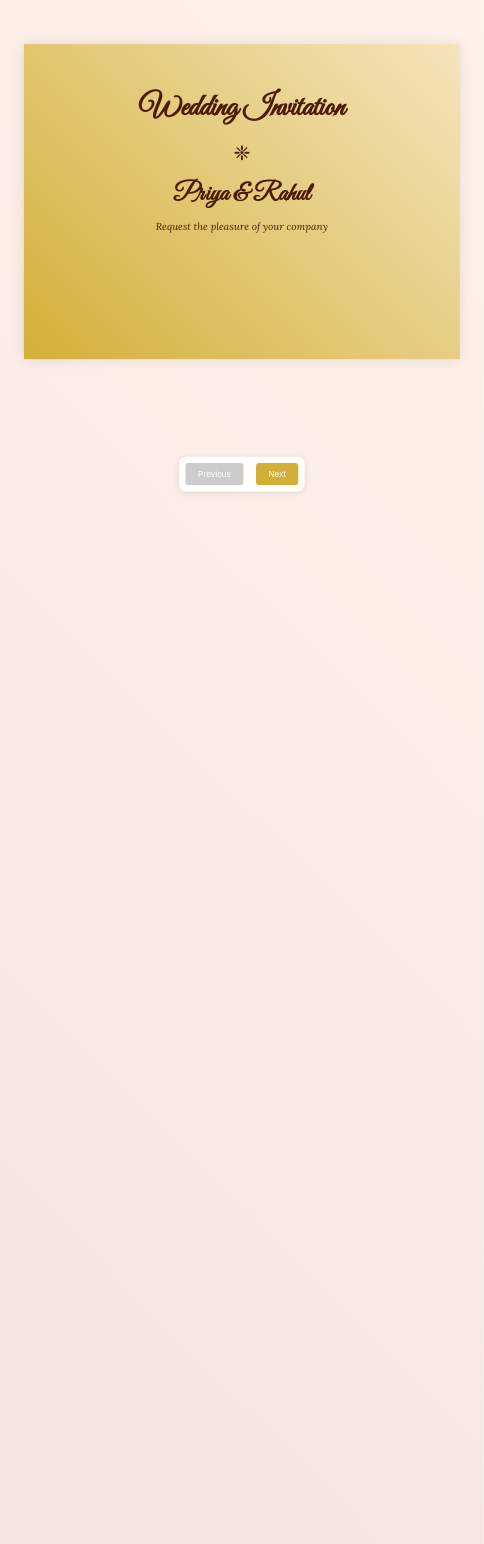
Repository: abhibkop27/finalwedding
Page: index.html
The author's editor kept a copy of each file at every save. The page is drawn from the files as they stood at one save, then again after the next save.
The browser window is 768 px wide. The pictures show the whole page, at 63% of full size.
Backgrounds fixed to the window are drawn as part of the page.

Above is the page before, as saved 2025-02-17 12:23:22.

### index.html
<!DOCTYPE html>
<html lang="en">
<head>
    <meta charset="UTF-8">
    <meta name="viewport" content="width=device-width, initial-scale=1.0">
    <title>Indian Wedding Invitation</title>
    <link rel="stylesheet" href="style.css">
    <link href="https://fonts.googleapis.com/css2?family=Great+Vibes&family=Lora:ital@1&display=swap" rel="stylesheet">
</head>
<body>
    <div class="book">

        <div class="page cover active" data-page="1" >
            <div class="content">
                <h1>Wedding Invitation</h1>
                <div class="ornament">❈</div>
                <h2>Priya & Rahul</h2>
                <p>Request the pleasure of your company</p>
            </div>
        </div>


        <div class="page" data-page="2">
            <div class="content">
                <h2>The Wedding Ceremony</h2>
                <p class="date">December 15th, 2024</p>
                <p class="time">6:00 PM Onwards</p>
                <div class="venue">
                    <h3>Venue</h3>
                    <p>Royal Garden Palace</p>
                    <a href="https://maps.google.com/?q=Royal+Garden+Palace" target="_blank" class="map-link">View Location</a>
                </div>
            </div>
        </div>

        <div class="page" data-page="3">
            <div class="content">
                <h2>Events</h2>
                <div class="events">
                    <div class="event">
                        <h3>Mehendi</h3>
                        <p>December 13th, 2024</p>
                        <p>3:00 PM</p>
                    </div>
                    <div class="event">
                        <h3>Sangeet</h3>
                        <p>December 14th, 2024</p>
                        <p>7:00 PM</p>
                    </div>
                </div>
            </div>
        </div>

        <div class="page" data-page="4">
            <div class="content">
                <h2>RSVP</h2>
                <form id="rsvpForm">
                    <input type="text" placeholder="Your Name" required>
                    <input type="number" placeholder="Number of Guests" required>
                    <button type="submit">Confirm Attendance</button>
                </form>
            </div>
        </div>
    </div>

    <div class="navigation">
        <button id="prevBtn" class="nav-button" disabled>Previous</button>
        <button id="nextBtn" class="nav-button">Next</button>
    </div>

    <script src="script.js"></script>
</body>
</html>

### style.css
body {
    margin: 0;
    padding: 0;
    min-height: 100vh;
    display: flex;
    justify-content: center;
    align-items: center;
    background: linear-gradient(45deg, #f3e4e1, #fff2ea);
    font-family: 'Lora', serif;
    scroll-behavior: smooth;
}

.book {
    width: 90%;
    max-width: 800px;
    height: 700px;
    position: relative;
    perspective: 1500px;
    display: flex;
    justify-content: center;
    align-items: center;
    flex-direction: column;

}

.page {
    position: absolute;
    width: 100%;
    height: 100%;
    background: #fff;
    transform-origin: left;
    transition: transform 0.6s, opacity 0.6s;
    box-shadow: 0 0 20px rgba(0,0,0,0.1);
    padding: 20px;
    box-sizing: border-box;
    opacity: 0;
    pointer-events: none;
    margin: 50px;

}

.page.active {
    opacity: 1;
    pointer-events: all;
    z-index: 1;
}

.cover {
    background: linear-gradient(45deg, #d4af37, #f4e4bc);
    color: #4a1c03;
}

.content {
    padding: 20px;
    text-align: center;
}

h1 {
    font-family: 'Great Vibes', cursive;
    font-size: 3em;
    color: #4a1c03;
    margin-bottom: 20px;
}

h2 {
    font-family: 'Great Vibes', cursive;
    font-size: 2.5em;
    color: #4a1c03;
    margin: 15px 0;
}

.ornament {
    font-size: 2em;
    color: #4a1c03;
    margin: 20px 0;
}

.date, .time {
    font-size: 1.2em;
    color: #666;
    margin: 10px 0;
}

.venue {
    margin: 30px 0;
    padding: 20px;
    border: 1px solid #d4af37;
    border-radius: 10px;
}

.map-link {
    display: inline-block;
    margin-top: 15px;
    padding: 10px 20px;
    background: #d4af37;
    color: white;
    text-decoration: none;
    border-radius: 5px;
    transition: background 0.3s;
}

.map-link:hover {
    background: #b38f28;
}

.events {
    display: flex;
    flex-direction: column;
    gap: 20px;
}

.event {
    padding: 15px;
    border: 1px solid #d4af37;
    border-radius: 8px;
}

form {
    display: flex;
    flex-direction: column;
    gap: 15px;
    max-width: 300px;
    margin: 0 auto;
}

input {
    padding: 10px;
    border: 1px solid #d4af37;
    border-radius: 5px;
}

button {
    padding: 10px 20px;
    background: #d4af37;
    color: white;
    border: none;
    border-radius: 5px;
    cursor: pointer;
    transition: background 0.3s;
}

button:hover {
    background: #b38f28;
}

.navigation {
    position: fixed;
    bottom: 20px;
    left: 50%;
    transform: translateX(-50%);
    display: flex;
    gap: 20px;
    z-index: 2;
}

.nav-button {
    padding: 10px 20px;
    background: #d4af37;
    color: white;
    border: none;
    border-radius: 5px;
    cursor: pointer;
    transition: background 0.3s;
}

.nav-button:disabled {
    background: #ccc;
    cursor: not-allowed;
}

@media (max-width: 768px) {
    body {
        align-items: flex-start;
        padding: 20px 0;
    }

    .book {
        height: auto;
        min-height: 500px;
    }

    .page {
        position: relative;
        height: auto;
        min-height: 500px;
        margin-top: 50px;
    }

    .navigation {
        position: fixed;
        bottom: 20px;
        background: rgba(255, 255, 255, 0.9);
        padding: 10px;
        border-radius: 10px;
        box-shadow: 0 2px 10px rgba(0,0,0,0.1);
    }
}

### script.js
document.getElementById('rsvpForm').addEventListener('submit', function(e) {
    e.preventDefault();
    const formData = new FormData(e.target);
    alert('Thank you for your RSVP!\nWe look forward to celebrating with you!');
    e.target.reset();
});

// Page Navigation
const pages = document.querySelectorAll('.page');
const prevBtn = document.getElementById('prevBtn');
const nextBtn = document.getElementById('nextBtn');
let currentPage = 1;
const totalPages = pages.length;

function updateButtons() {
    prevBtn.disabled = currentPage === 1;
    nextBtn.disabled = currentPage === totalPages;
}

function showPage(pageNumber) {
    pages.forEach(page => {
        page.classList.remove('active');
        if (parseInt(page.dataset.page) === pageNumber) {
            page.classList.add('active');

            // Scroll to the active page on mobile with offset
            if (window.innerWidth <= 768) {
                const offset = 20; // Adjust this value to control scroll position
                const pageTop = page.offsetTop - offset;
                window.scrollTo({
                    top: pageTop,
                    behavior: 'smooth'
                });
            }
        }
    });
    currentPage = pageNumber;
    updateButtons();
}

prevBtn.addEventListener('click', () => {
    if (currentPage > 1) {
        showPage(currentPage - 1);
    }
});

nextBtn.addEventListener('click', () => {
    if (currentPage < totalPages) {
        showPage(currentPage + 1);
    }
});

// Initialize first page
updateButtons();

// Handle window resize
window.addEventListener('resize', () => {
    const activePage = document.querySelector('.page.active');
    if (activePage && window.innerWidth <= 768) {
        const offset = 20;
        const pageTop = activePage.offsetTop - offset;
        window.scrollTo({
            top: pageTop,
            behavior: 'smooth'
        });
    }
});

After the next save:
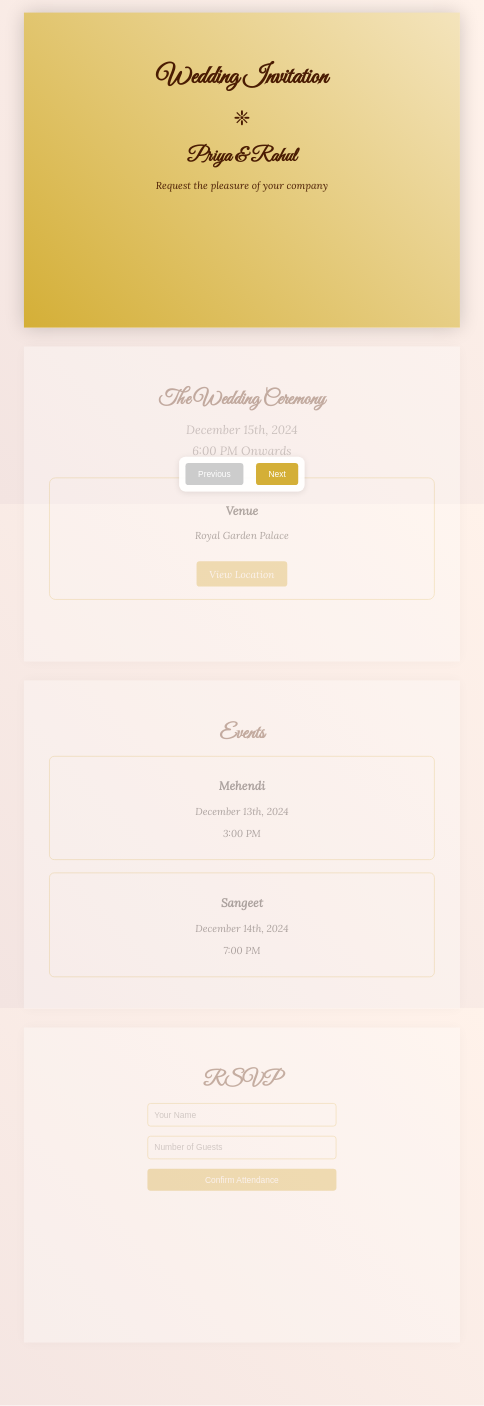
Saved 12 s later.
--- a/style.css
+++ b/style.css
@@ -13,14 +13,9 @@ body {
 .book {
     width: 90%;
     max-width: 800px;
-    height: 700px;
+    height: 600px;
     position: relative;
     perspective: 1500px;
-    display: flex;
-    justify-content: center;
-    align-items: center;
-    flex-direction: column;
-
 }
 
 .page {
@@ -35,8 +30,6 @@ body {
     box-sizing: border-box;
     opacity: 0;
     pointer-events: none;
-    margin: 50px;
-
 }
 
 .page.active {
@@ -172,18 +165,35 @@ button:hover {
     body {
         align-items: flex-start;
         padding: 20px 0;
+        background-attachment: fixed;
     }
 
     .book {
         height: auto;
-        min-height: 500px;
+        perspective: none;
+        display: flex;
+        flex-direction: column;
+        gap: 30px;
+        padding-bottom: 80px;
     }
 
     .page {
         position: relative;
         height: auto;
         min-height: 500px;
-        margin-top: 50px;
+        opacity: 1;
+        pointer-events: all;
+        transform: none !important;
+        transition: none;
+    }
+
+    .page:not(.active) {
+        opacity: 0.3;
+    }
+
+    .page.active {
+        opacity: 1;
+        box-shadow: 0 0 30px rgba(0,0,0,0.2);
     }
 
     .navigation {
@@ -194,4 +204,16 @@ button:hover {
         border-radius: 10px;
         box-shadow: 0 2px 10px rgba(0,0,0,0.1);
     }
-}
+
+    .content {
+        padding: 30px 20px;
+    }
+
+    h1 {
+        font-size: 2.5em;
+    }
+
+    h2 {
+        font-size: 2em;
+    }
+}
